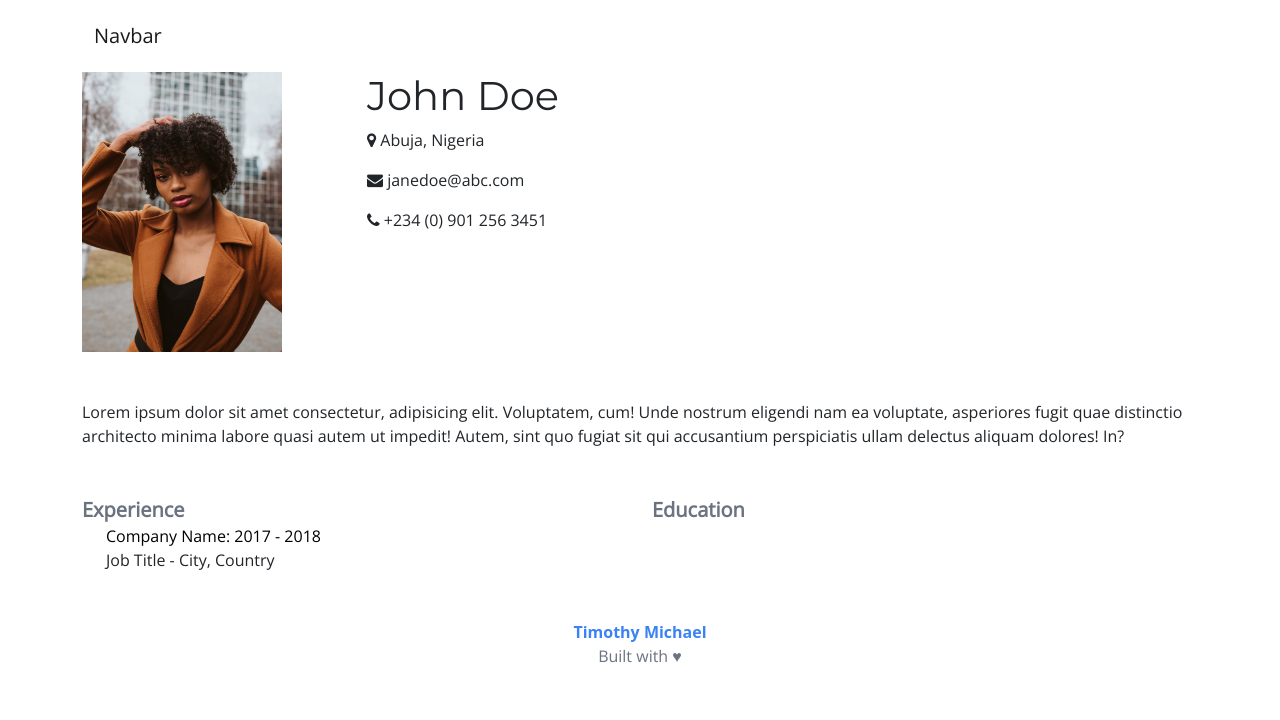
Repository: latenightsnacc/giggles
Page: HTML/CV.html
These files come from the project's save history. The page is drawn as it stood at one moment and after the next save; the edit follows.
The browser window is 1280 px wide. The pictures show the whole page.
Some web libraries are served in a nearby version.

Above is the page before, as saved 2021-01-05 11:06:15.

After the next save:
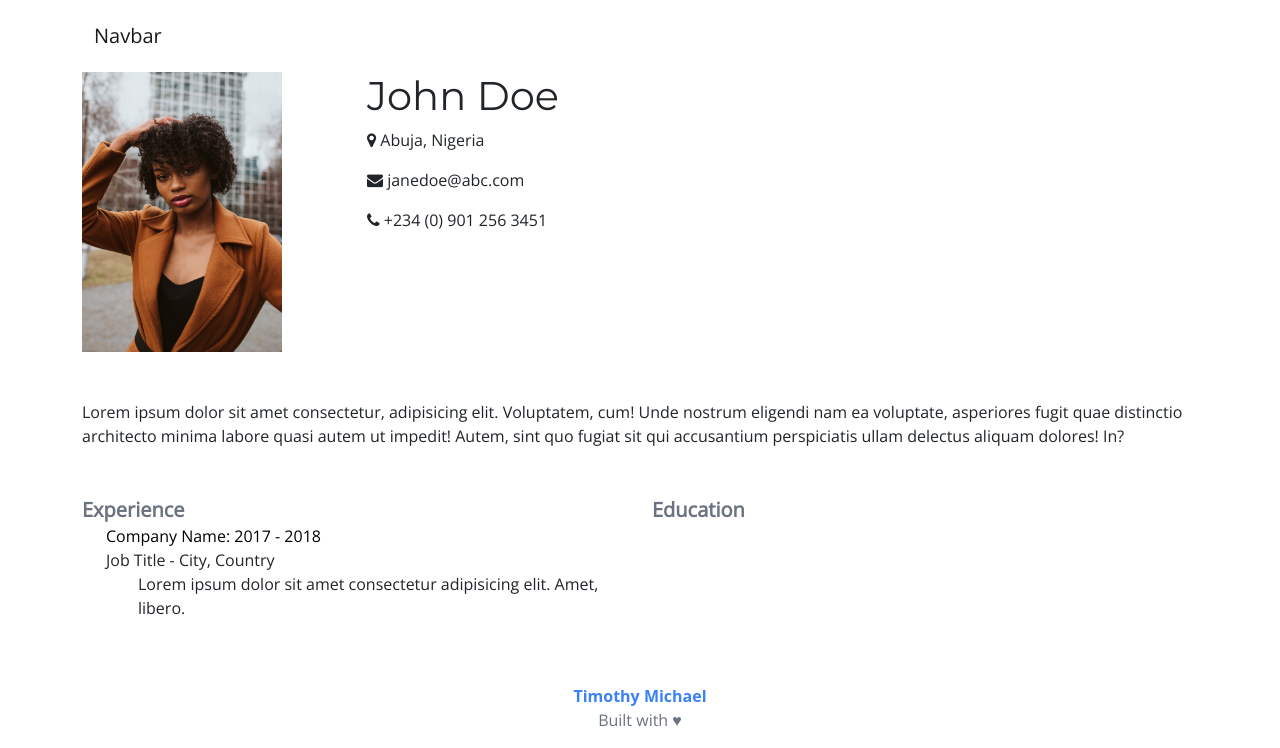
Saved 15 s later.
--- a/HTML/CV.html
+++ b/HTML/CV.html
@@ -64,6 +64,9 @@
                     <div class="container-sm">
                         <div class="text-black">Company Name: <span>2017 - 2018</span></div>
                         <div class="">Job Title - City, Country</div>
+                        <ul>
+                            <li>Lorem ipsum dolor sit amet consectetur adipisicing elit. Amet, libero.</li>
+                        </ul>
                     </div>
                 </div>
                 <div class="col-xs-12 col-sm-12 col-md-12 col-lg-6 col-xl-6">
